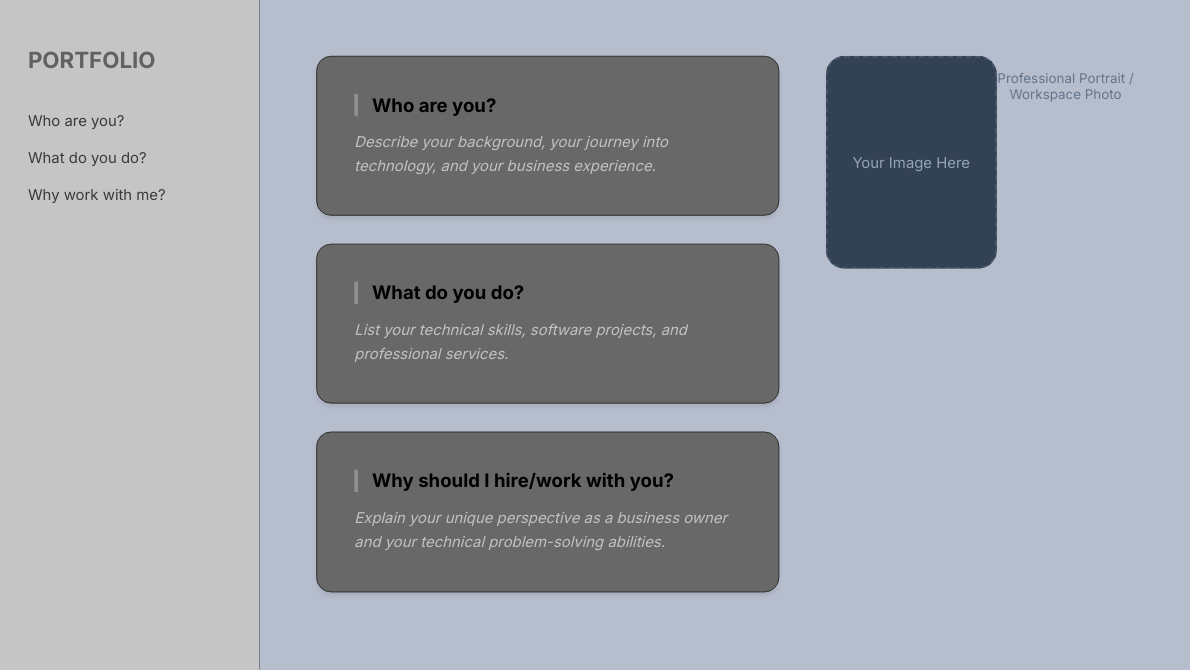
Repository: KevinSamaha/Kevin_Samaha
Page: index.html
These files come from the project's save history. The page is drawn as it stood at one moment and after the next save; the edit follows.
The browser window is 1280 px wide. The pictures show the whole page, at 93% of full size.

Above is the page before, as saved 2026-05-03 16:25:56.

### index.html
<!DOCTYPE html>
<html lang="en">
<head>
    <meta charset="UTF-8">
    <meta name="viewport" content="width=device-width, initial-scale=1.0">
    <title>Personal Portfolio</title>
    <!-- Linking to your CSS file -->
    <link rel="stylesheet" href="style.css">
    <!-- Google Fonts for a professional look -->
    <link href="https://fonts.googleapis.com/css2?family=Inter:wght@300;400;700&display=swap" rel="stylesheet">
</head>
<body>

    <header>
        <div class="logo">PORTFOLIO</div>
        <nav>
            <ul>
                <li><a href="#who">Who are you?</a></li>
                <li><a href="#what">What do you do?</a></li>
                <li><a href="#why">Why work with me?</a></li>
            </ul>
        </nav>
    </header>

    <main>
        <!-- Left Side: Your Questions -->
        <div class="questions-column">
            <section class="content-box">
                <h2>Who are you?</h2>
                <div class="placeholder">
                    Describe your background, your journey into technology, and your business experience.
                </div>
            </section>

            <section class="content-box">
                <h2>What do you do?</h2>
                <div class="placeholder">
                    List your technical skills, software projects, and professional services.
                </div>
            </section>

            <section class="content-box">
                <h2>Why should I hire/work with you?</h2>
                <div class="placeholder">
                    Explain your unique perspective as a business owner and your technical problem-solving abilities.
                </div>
            </section>
        </div>

        <!-- Right Side: Your Photo -->
        <div class="image-column", class="profile-container">
                <div class="profile-frame">
                    <!-- To use your photo: replace the span below with <img src="yourphoto.jpg"> -->
                    <span style="color: #94a3b8;">Your Image Here</span>
                </div>
                <p class="image-hint">Professional Portrait / Workspace Photo</p>
        </div>
    </main>

</body>
</html>

### style.css
/* General Reset */
* {
    margin: 0;
    padding: 0;
    box-sizing: border-box;
}

body {
    font-family: 'Inter', sans-serif;
    background-color: #b6bdcd; /* Dark Navy */
    color: #636363;
    display: flex;
    min-height: 100vh;
    overflow-x: hidden;
}

/* 1. Sidebar Navigation */
header {
    width: 280px;
    height: 100vh;
    background-color: #c5c5c5;
    border-right: 1px solid #334155;
    padding: 50px 30px;
    position: fixed;
    left: 0;
    top: 0;
    display: flex;
    flex-direction: column;
}

.logo {
    font-size: 1.5rem;
    font-weight: 700;
    color: #616161;
    margin-bottom: 40px;
}

nav ul {
    list-style: none;
}

nav ul li {
    margin-bottom: 20px;
}

nav a {
    text-decoration: none;
    color: #3b3b3b;
    font-size: 1rem;
    transition: color 0.3s ease;
}

nav a:hover {
    color: #848484;
}

/* 2. Main Content Container */
main {
    margin-left: 280px; /* Space for the sidebar */
    width: 100%;
    display: flex;
    padding: 60px;
    gap: 50px;
}

/* Left Column: The Questions */
.questions-column {
    flex: 1.2;
    display: flex;
    flex-direction: column;
    gap: 30px;
}

.content-box {
    background-color: #686868;
    padding: 40px;
    border-radius: 16px;
    border: 1px solid #2b2b2b;
    box-shadow: 0 4px 6px -1px rgba(0, 0, 0, 0.1);
}

h2 {
    font-size: 1.25rem;
    margin-bottom: 15px;
    color: #000000;
    border-left: 4px solid #8f8f8f;
    padding-left: 15px;
}

.placeholder {
    color: #c2c2c2;
    font-style: italic;
    line-height: 1.6;
}

/* Right Column: The Image Area */

.image-column {
    flex: 0.8;
    display: flex;
    justify-content: center;
    align-items: flex-start;
}

.profile-container {
    width: 100%;
    max-width: 400px;
    position: sticky;
    top: 60px;
}

.profile-frame {
    width: 100%;
    aspect-ratio: 4 / 5;
    background-color: #334155;
    border: 2px dashed #475569;
    border-radius: 20px;
    display: flex;
    align-items: center;
    justify-content: center;
    overflow: hidden;
}



.profile-frame img {
    width: 100%;
    height: 100%;
    object-fit: cover;
}

.image-hint {
    color: #64748b;
    text-align: center;
    font-size: 0.9rem;
    margin-top: 15px;
}

/* Responsive design for tablets and phones */
@media (max-width: 1024px) {
    body { flex-direction: column; }
    header { width: 100%; height: auto; position: relative; border-right: none; border-bottom: 1px solid #334155; }
    main { margin-left: 0; flex-direction: column; padding: 30px; }
    .profile-container { position: relative; top: 0; max-width: 100%; }
    .image-column { order: -1; }
}

After the next save:
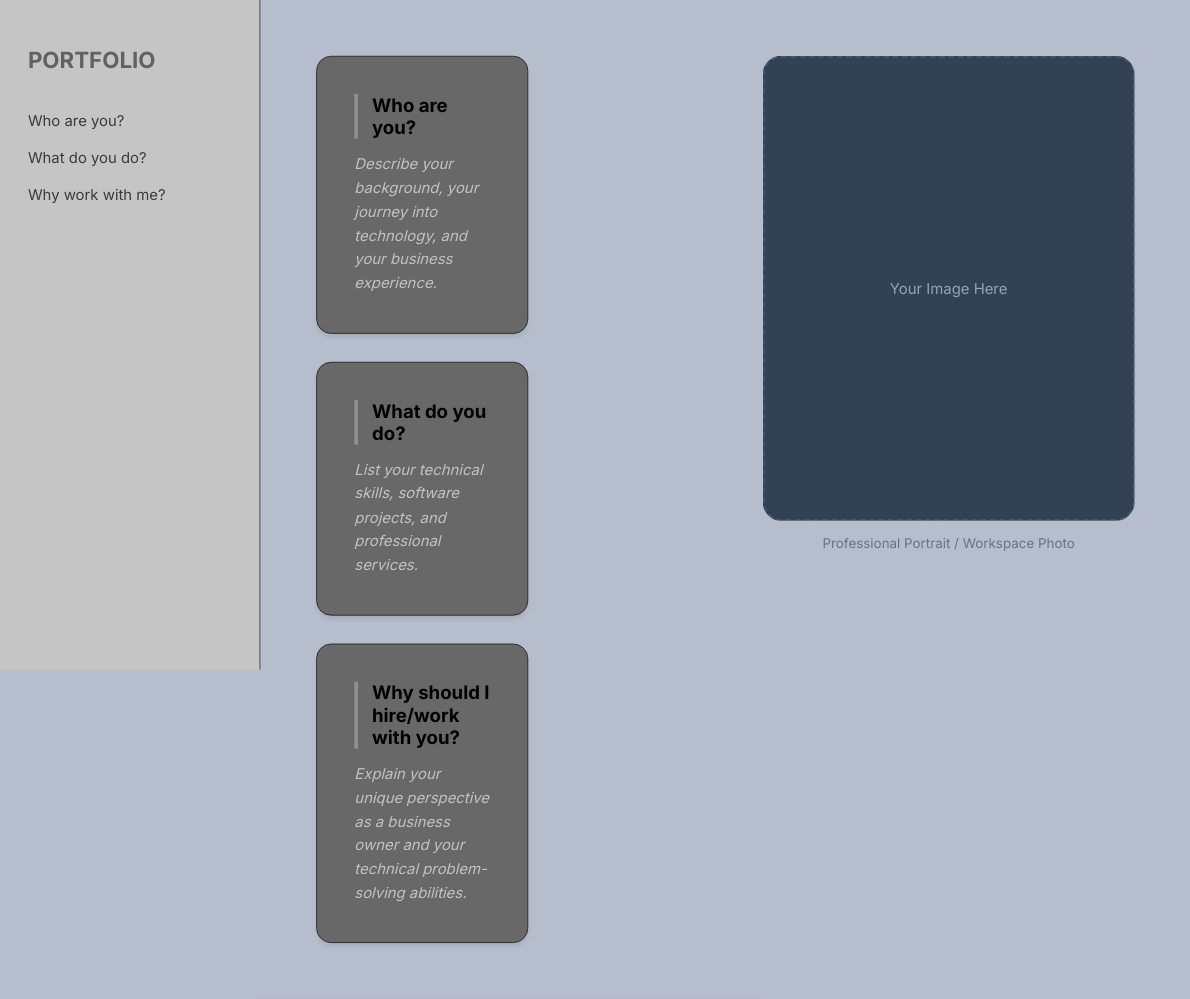
Saved 23 s later.
--- a/index.html
+++ b/index.html
@@ -48,7 +48,8 @@
         </div>
 
         <!-- Right Side: Your Photo -->
-        <div class="image-column", class="profile-container">
+        <div class="image-column",></div>
+        <div class="profile-container">
                 <div class="profile-frame">
                     <!-- To use your photo: replace the span below with <img src="yourphoto.jpg"> -->
                     <span style="color: #94a3b8;">Your Image Here</span>
